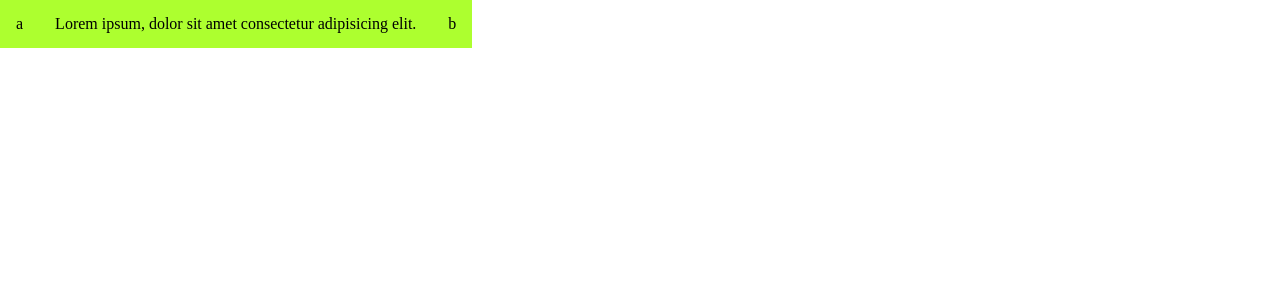
Repository: Giangattt123/HTML-CSS
Page: CSS/Flexbox/index.html
The author's editor kept a copy of each file at every save. The page is drawn from the files as they stood at one save, then again after the next save.
The browser window is 1280 px wide. The pictures show the whole page.

Above is the page before, as saved 2023-04-26 10:46:13.

### CSS/Flexbox/index.html
<!DOCTYPE html>
<html lang="en">
  <head>
    <meta charset="UTF-8" />
    <meta http-equiv="X-UA-Compatible" content="IE=edge" />
    <meta name="viewport" content="width=device-width, initial-scale=1.0" />
    <title>Flexbox</title>
    <link rel="stylesheet" href="style.css" />
    <link rel="stylesheet" href="reset.css" />
  </head>
  <body>
    <ul class="list">
      <li class="list-item">a</li>
      <li class="list-item">
        Lorem ipsum, dolor sit amet consectetur adipisicing elit.
      </li>
      <li class="list-item">b</li>
    </ul>
  </body>
</html>

### CSS/Flexbox/style.css
*,
*:before *:after {
  box-sizing: border-box;
}
html {
  font-size: 62.5%;
}
body {
  font-family: "Poppins", sans-serif;
  font-size: 1.6rem;
  font-weight: normal;
}
img {
  display: block;
  max-width: 100%;
}
input,
textarea,
select,
button {
  outline: none;
}
input {
  line-height: normal;
}
label,
button {
  cursor: pointer;
}
a {
  text-decoration: none;
}
.list {
  display: flex;
  flex-direction: row;
}
.list-item {
  padding: 1rem;
  background-color: greenyellow;
}

Loaded but not shown: CSS/Flexbox/reset.css (common file)

After the next save:
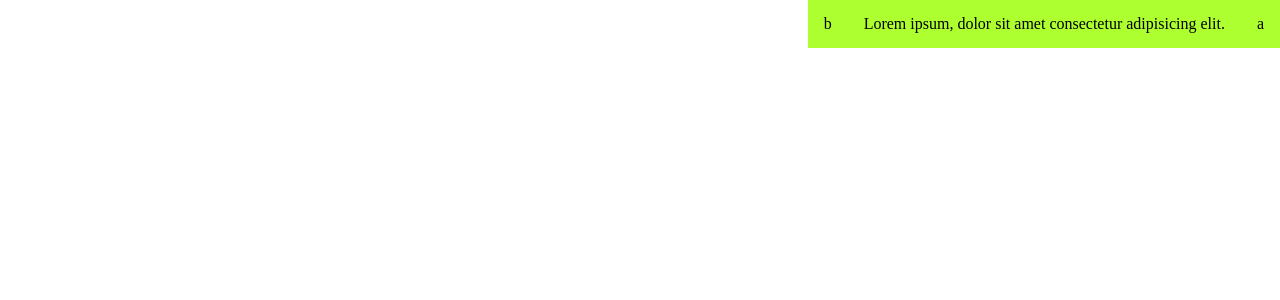
Saved 99 s later.
--- a/CSS/Flexbox/style.css
+++ b/CSS/Flexbox/style.css
@@ -32,7 +32,7 @@
 }
 .list {
   display: flex;
-  flex-direction: row;
+  flex-direction: row-reverse;
 }
 .list-item {
   padding: 1rem;

After the save that followed:
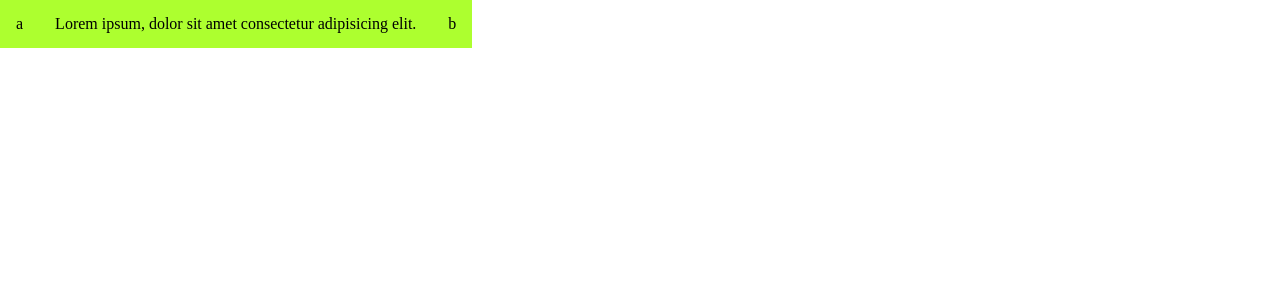
Saved 3 min 11 s later.
--- a/CSS/Flexbox/style.css
+++ b/CSS/Flexbox/style.css
@@ -32,7 +32,7 @@
 }
 .list {
   display: flex;
-  flex-direction: row-reverse;
+  /* flex-direction: row-reverse; */
 }
 .list-item {
   padding: 1rem;
